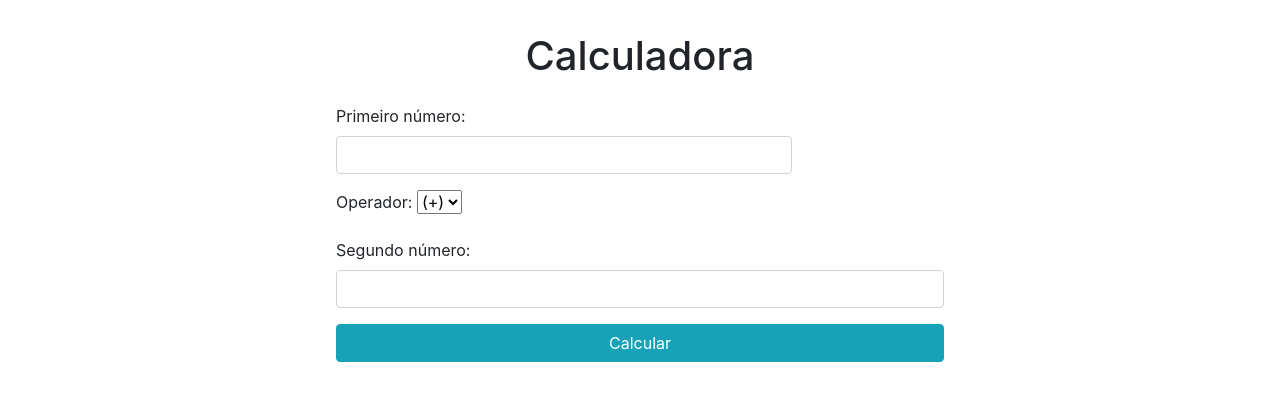
Repository: babirms/DAC
Page: Calculadora/WebContent/home.html
The author's editor kept a copy of each file at every save. The page is drawn from the files as they stood at one save, then again after the next save.
The browser window is 1280 px wide. The pictures show the whole page.

Above is the page before, as saved 2020-09-20 23:09:22.
Console error (its wording comes from the project's code and is left out).

### Calculadora/WebContent/home.html
<!DOCTYPE html>
<html>
<head>
<meta charset="ISO-8859-1">
<title>Calculadora - Página Inicial</title>
<link href="bootstrap/css/bootstrap.min.css" rel="stylesheet"
	type="text/css" />
<script type="text/javascript" src="bootstrap/js/bootstrap.min.js"></script>
</head>
<body>
	<div class="d-flex flex-column align-items-center">
		<div class="container w-50 p-3">
			<h1 class="p-3 text-center">Calculadora</h1>
			<form action="CalculadoraServlet" method="get">
				<div class="form-group w-75">
					<label for="primeiroNum">Primeiro número: </label> <input
						type="number" class="form-control" name="primeiroValue"
						id="primeiroNum ">
				</div>
				<div class="form-group">
					<label>Operador: </label> <select name="operacao">
						<option value="soma">(+)</option>
						<option value="sub">(-)</option>
						<option value="mul">(*)</option>
						<option value="div">(/)</option>
					</select>
				</div>
				<div class="form-group">
					<label for="segundoNum">Segundo número: </label> <input
						type="number" id="segundoNum" class="form-control"
						name="segundoValue">
				</div>
				<button class="btn btn-info btn-block" type="submit">Calcular</button>
			</form>
		</div>
	</div>

</body>
</html>

Loaded but not shown: Calculadora/WebContent/bootstrap/css/bootstrap.min.css (library); Calculadora/WebContent/bootstrap/js/bootstrap.min.js (library)

After the next save:
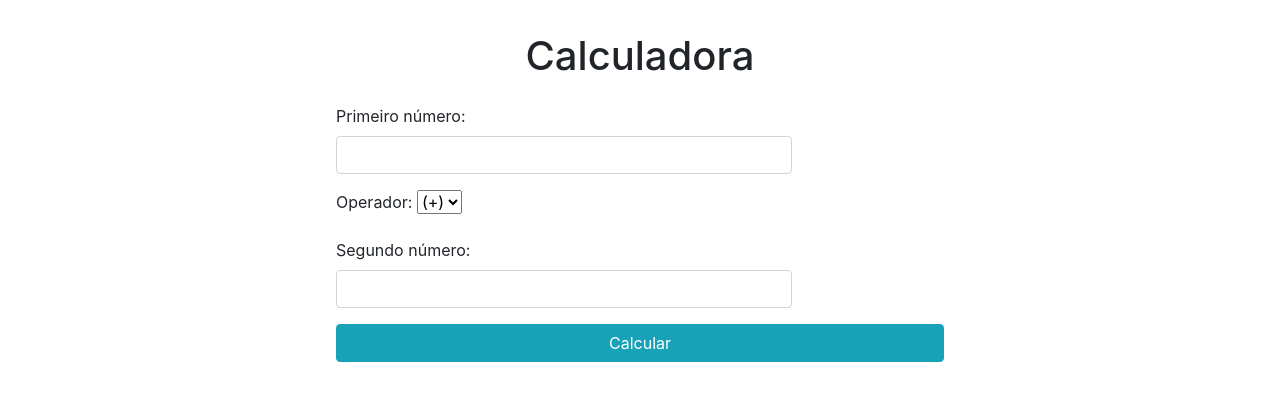
Saved 9 s later.
--- a/Calculadora/WebContent/home.html
+++ b/Calculadora/WebContent/home.html
@@ -25,7 +25,7 @@
 						<option value="div">(/)</option>
 					</select>
 				</div>
-				<div class="form-group">
+				<div class="form-group w-75">
 					<label for="segundoNum">Segundo número: </label> <input
 						type="number" id="segundoNum" class="form-control"
 						name="segundoValue">
